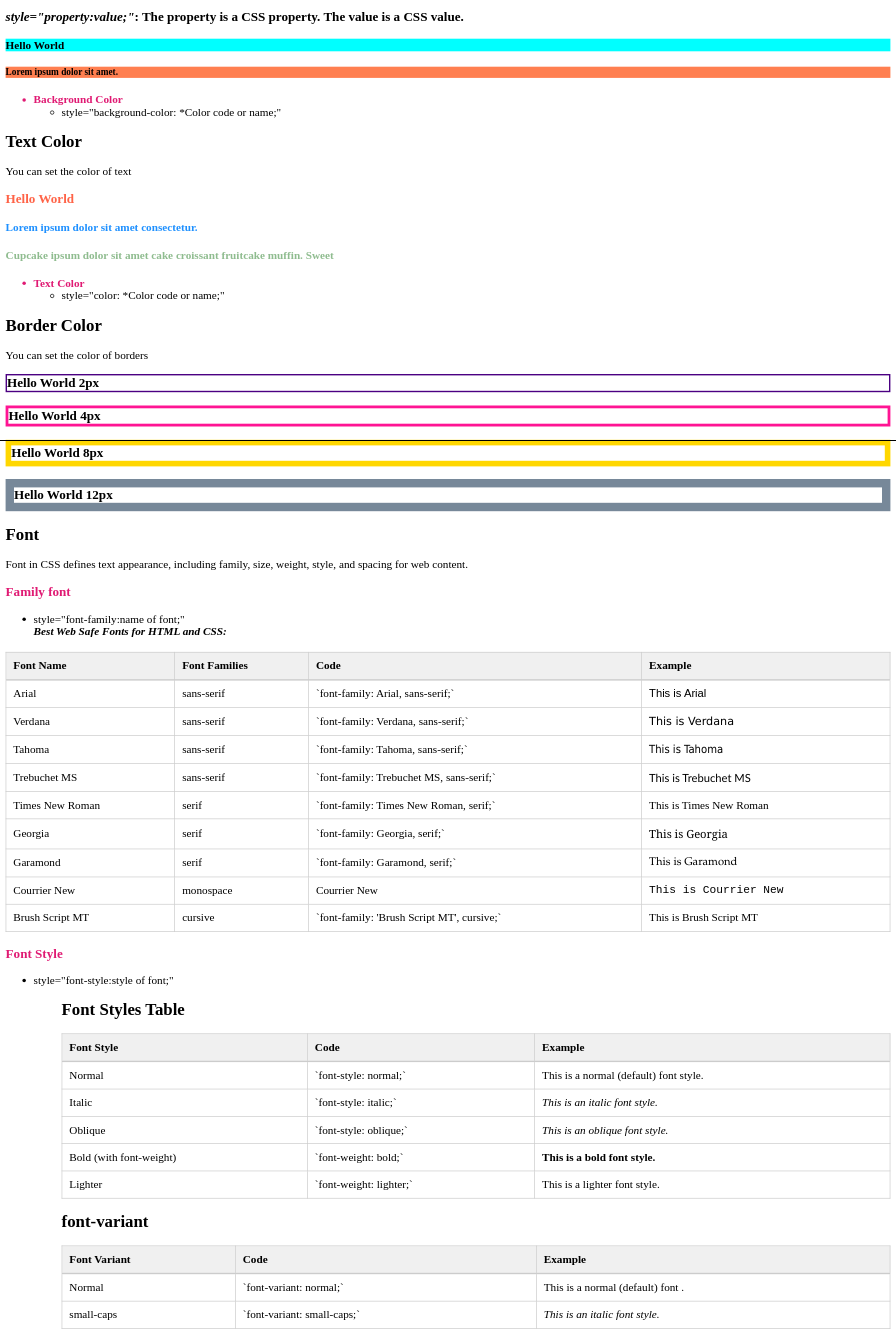
Repository: AnnaSpirit/2025_
Page: Bases/OK/HTML_Text_Formatting.html
The author's editor kept a copy of each file at every save. The page is drawn from the files as they stood at one save, then again after the next save.
The browser window is 1280 px wide. The pictures show the part of the page from y = 2275 to 4195 px (the page is 4195 px tall), at 70% of full size.

Above is the page before, as saved 2025-01-09 16:44:53.

### Bases/OK/HTML_Text_Formatting.html
<!DOCTYPE html>
<html lang="en">

<head>
    <meta charset="UTF-8">
    <meta name="viewport" content="width=device-width, initial-scale=1.0">
    <title>HTML Text Formatting</title>
    <a href="HTML_Colors.html"></a>
</head>

<body>
    <h1>HTML contains several elements for defining text with a special meaning.</h1>
    <a href="HTML_Colors.html">
        <h2>Go Back: HTML_Colors</h2></a>
    <p>
    <ul>
        <li style="color:red;"> b< - >Bold text &#61 Strong;
            <ul>
                <li style="color:black;"><b>Bold</b> text</li>
            </ul>
        </li><br>
        <li style="color:red;"> strong< - >Important text &#61 Bold
            <ul>
                <li style="color:black;"><strong>Important</strong> text</li>
            </ul>
        </li><br>
        <li style="color:red;"> i< - >Italic text &#61 Emphasized
            <ul>
                <li style="color:black;"><i>Italic</i> text</li>
            </ul>
        </li><br>

        <li style="color:red;">em< - >Emphasized text &#61 Italic
            <ul>
                <li style="color:black;"><em>Emphasized</em> text</li>
            </ul>
        </li><br>
        <li style="color:red;"> u< - >Underlined text &#61 Inserted
            <ul>
                <li style="color:black;"><u>Underlined</u> text</li>
            </ul><br>
        <li style="color:red;">ins< - >Inserted text &#61 Underlined
            <ul>
                <li style="color:black;"><ins>Inserted</ins> text</li>
            </ul><br>
        <li style="color:red;">small< - >Smaller text
            <ul>
                <li style="color:black;"><small>Smaller</small> text</li>
            </ul>
        </li><br>
        <li style="color:red;">del< - >Deleted text &#61 Strikethrough
            <ul>
                <li style="color:black;"><del>Deleted</del> text</li>
            </ul>
        </li><br>
        <li style="color:red;">s< - >strikethrough text &#61 Deleted
            <ul>
                <li style="color:black;"><s>strikethrough</s> text</li>
            </ul>
        </li><br>
        <li style="color:red;"> mark< - >Marked text (Highlighted in yellow)
            <ul>
                <li style="color:black;"><mark>Marked</mark> text</li>
            </ul>
        </li><br>
        <li style="color:red;">sub< - >Subscript text
            <ul>
                <li style="color:black;"><sub>Subscript</sub> text</li>
            </ul>
        </li><br>
        <li style="color:red;">sup< - >Superscript text
            <ul>
                <li style="color:black;"><sup>Superscript</sup> text</li>
            </ul>
        </li>
    </ul>
    </p>
    <hr>
    <p>
    <h1>HTML Quotation and Citation Elements</h1>
    <h3>In this chapter we will go through the blockquote>,q>, abbr>, address>, cite>, and bdo> HTML elements.</h3>
    <ul>
        <li style="color:rgb(49, 169, 49);"> HTML blockquote> for Quotations
            <ul>
                <li style="color: black;">
                    <blockquote cite=" http://www.worldwildlife.org/who/index.html">For 60 years,...</blockquote>
                </li><br>
            </ul>
        <li style="color:rgb(49, 169, 49);"> HTML q> for Short Quotations
            <ul>
                <li style="color: black;"> WWF's goal is to: <q><em>Build a future where people live in harmony with
                            nature.</em></q></li>
            </ul>
        </li><br>
        <li style=" color:rgb(49, 169, 49);">HTML abbr> for Abbreviations
            <ul>
                <li style="color: black;">
                    <p>The <abbr title="World Health Organization">WHO</abbr> was founded in 1948.</p>
                </li>
            </ul>
        </li><br>
        <li style=" color:rgb(49, 169, 49);">HTML address> for Contact Information
            <ul>
                <li style="color: black;">
                    <address>
                        Written by John Doe.<br>
                        Visit us at:<br>
                        Example.com<br>
                        Box 564, Disneyland<br>
                        USA
                    </address>
                </li>
            </ul>
        </li><br>
        <li style=" color:rgb(49, 169, 49);">HTML cite> for Work Title
            <ul>
                <li style="color: black;">
                    <p><cite>The Scream</cite> by Edvard Munch. Painted in 1893.</p>
                </li>
            </ul>
        </li><br>
        <li style=" color:rgb(49, 169, 49);">HTML bdo> for Bi-Directional Override
            <ul>
                <li style="color: black;"><bdo dir="rtl">This text will be written from right to
                        left.</bdo><mark>||</mark>This text will be written from right to left.<br>
                    specific for <b>HEBREW</b> for example</li> <bdo dir="ltr">Left to Right</bdo>=
                LTR<mark>||</mark><bdo dir="rtl">Right to Left</bdo> = RTL
            </ul>
        </li>
    </ul>
    </h1>
    </p>
    <hr>
    <p>
    <h1>HTML_Colors</h1>
    <p>HTML colors are specified with predefined color names, or with RGB, HEX, HSL, RGBA, or HSLA values.</p>
    <a href="HTML_Colors.html">
        <h2>Colors Names</h2>
    </a>
    <p>In HTML, a color can be specified by using a color name</p>

    <h2>Color Values</h2>

    <p>In HTML, colors can also be specified using <b>RGB</b><sub> (value represents RED, GREEN, and BLUE light
            sources)</sub>, <b>HEX</b><sub>(hexadecimal color is specified with: #RRGGBB, where the RR (red), GG (green)
            and BB (blue) hexadecimal integers specify the components of the color.)</sub>, <b>HSL</b><sub> (stands for
            hue, saturation, and lightness.)</sub>, <b>RGBA</b><sub> (value is an extension of RGB with an Alpha channel
            (opacity)).</sub> and <b>HSLA</b><sub> (values are an extension of HSL with an Alpha channel
            (opacity)).</sub><br>

    <p>The following three elements have their background color set with RGB, HEX, and HSL values.<br>
    <h5>Ultramarine Blue</h5>
    <ul>
        <li style="background-color:rgb(77,106,255);">
            <h5>RGB (77,106,255)</h5>
        </li>
        <li style="background-color:#4D6AFF;">
            <h5>HEX #4D6AFF</h5>
        </li>
        <li style="background-color:HSL(230, 100%, 65%);">
            <h5>HSL (230, 100%, 65%)</h5>
        </li>
    </ul>
    <p>The following two elements have their background color set with RGBA and HSLA values, which add an Alpha channel
        to the color (here we have 50% and 20% transparency)</p>
    <ul>
        <li style="background-color:rgba(77,106,255, 0.5);">
            <h5>RGBA (77,106,255, 0.5) </h5>
        </li>
        <li style="background-color:HSL(230, 100%, 65%, 0.2);">
            <h5>HSLA (230, 100%, 65%, 0.2) </h5>
        </li>
    </ul>
    </p>
    <h2>Shades of Gray</h2>
    <p>Shades of gray are often defined using equal values for all three parameters: <br>
        &#9650; rgb(60, 60, 60),<br>
        &#9650; rgb(180, 180, 180)</p>

    <h2>Background Color</h2>

    <p>You can set the background color for HTML elements <br>
    <h3><em>style="property:value;"</em>: The property is a CSS property. The value is a CSS value.</h3>
    <h4 style="background-color:cyan;">Hello World</h4>
    <h5 style="background-color:Coral;">Lorem ipsum dolor sit amet.</h5>
    <ul>
        <li style="color:rgb(224, 26, 115);"><b>Background Color</b></li>
        <ul>
            <li>style="background-color: *Color code or name;"</li>
        </ul></ul>
    </p>

    <h2>Text Color</h2>

    <p>You can set the color of text <br>
    <h3 style="color:Tomato;">Hello World</h3>
    <h4 style="color:DodgerBlue;">Lorem ipsum dolor sit amet consectetur.</h4>
    <h4 style="color:DarkSeaGreen;">Cupcake ipsum dolor sit amet cake croissant fruitcake muffin. Sweet</h4>
    <ul>
        <li style="color:rgb(224, 26, 115);"><b>Text Color</b></li>
    <ul>
        <li>style="color: *Color code or name;"</li>
    </ul></ul>
    </p>

    <h2>Border Color</h2>

    <p>You can set the color of borders <br>
    <h3 style="border:2px solid indigo;">Hello World 2px</h3>
    <h3 style="border:4px solid DeepPink;">Hello World 4px</h3>
    <h3 style="border:8px solid Gold;">Hello World 8px</h3>
    <h3 style="border:12px solid LightSlateGrey;">Hello World 12px</h3>
    </p>

    <h2>Font</h2>

    <p>Font in CSS defines text appearance, including family, size, weight, style, and spacing for web content.<br>
        <h3 style="color:rgb(224, 26, 115);">Family font</font></h3>
    <ul>
        <li>style="font-family:name of font;"<br><em><b>Best Web Safe Fonts for HTML and CSS: </em></b></li>
    </ul>

    <table style="width: 100%; border-collapse: collapse; text-align: left; margin: 20px 0;">
        <thead>
            <tr style="background-color: #f0f0f0; border-bottom: 2px solid #ccc;">
                <th style="padding: 10px; border: 1px solid #ccc;">Font Name</th>
                <th style="padding: 10px; border: 1px solid #ccc;">Font Families</th>
                <th style="padding: 10px; border: 1px solid #ccc;">Code</th>
                <th style="padding: 10px; border: 1px solid #ccc;">Example</th>
            </tr>
        </thead>
        <tbody>
            <tr>
                <td style="padding: 10px; border: 1px solid #ccc;">Arial</td>
                <td style="padding: 10px; border: 1px solid #ccc;">sans-serif</td>
                <td style="padding: 10px; border: 1px solid #ccc;">`font-family: Arial, sans-serif;`</td>
                <td style="padding: 10px; border: 1px solid #ccc; font-family: Arial, sans-serif;">This is Arial</td>
            </tr>
            <tr>
                <td style="padding: 10px; border: 1px solid #ccc;">Verdana</td>
                <td style="padding: 10px; border: 1px solid #ccc;">sans-serif</td>
                <td style="padding: 10px; border: 1px solid #ccc;">`font-family: Verdana, sans-serif;`</td>
                <td style="padding: 10px; border: 1px solid #ccc; font-family: Verdana, sans-serif;">This is Verdana
                </td>
            </tr>
            <tr>
                <td style="padding: 10px; border: 1px solid #ccc;">Tahoma</td>
                <td style="padding: 10px; border: 1px solid #ccc;">sans-serif</td>
                <td style="padding: 10px; border: 1px solid #ccc;">`font-family: Tahoma, sans-serif;`</td>
                <td style="padding: 10px; border: 1px solid #ccc; font-family: Tahoma, sans-serif;">This is Tahoma</td>
            </tr>
            <tr>
                <td style="padding: 10px; border: 1px solid #ccc;">Trebuchet MS</td>
                <td style="padding: 10px; border: 1px solid #ccc;">sans-serif</td>
                <td style="padding: 10px; border: 1px solid #ccc;">`font-family: Trebuchet MS, sans-serif;`</td>
                <td style="padding: 10px; border: 1px solid #ccc; font-family: 'Trebuchet MS', sans-serif;">This is
                    Trebuchet MS</td>
            </tr>
            <tr>
                <td style="padding: 10px; border: 1px solid #ccc;">Times New Roman</td>
                <td style="padding: 10px; border: 1px solid #ccc;">serif</td>
                <td style="padding: 10px; border: 1px solid #ccc;">`font-family: Times New Roman, serif;`</td>
                <td style="padding: 10px; border: 1px solid #ccc; font-family: 'Times New Roman', serif;">This is Times
                    New Roman</td>
            </tr>
            <tr>
                <td style="padding: 10px; border: 1px solid #ccc;">Georgia</td>
                <td style="padding: 10px; border: 1px solid #ccc;">serif</td>
                <td style="padding: 10px; border: 1px solid #ccc;">`font-family: Georgia, serif;`</td>
                <td style="padding: 10px; border: 1px solid #ccc; font-family: Georgia, serif;">This is Georgia</td>
            </tr>
            <tr>
                <td style="padding: 10px; border: 1px solid #ccc;">Garamond</td>
                <td style="padding: 10px; border: 1px solid #ccc;">serif</td>
                <td style="padding: 10px; border: 1px solid #ccc;">`font-family: Garamond, serif;`</td>
                <td style="padding: 10px; border: 1px solid #ccc; font-family: Garamond, serif;">This is Garamond</td>
            </tr>
            <tr>
                <td style="padding: 10px; border: 1px solid #ccc;">Courrier New</td>
                <td style="padding: 10px; border: 1px solid #ccc;">monospace</td>
                <td style="padding: 10px; border: 1px solid #ccc;"><font-family>Courrier New</font-family>
                </td>
                <td style="padding: 10px; border: 1px solid #ccc; font-family:'Courier New', Courier, monospace";>This is Courrier New</td>
            </tr>
            <tr>
                <td style="padding: 10px; border: 1px solid #ccc;">Brush Script MT</td>
                <td style="padding: 10px; border: 1px solid #ccc;">cursive</td>
                <td style="padding: 10px; border: 1px solid #ccc;">`font-family: 'Brush Script MT', cursive;`</td>
                <td style="padding: 10px; border: 1px solid #ccc; font-family: 'Brush Script MT', cursive";>This is Brush Script MT</td>
            </tr></tbody></table>
        <h3 style="color:rgb(224, 26, 115);">Font Style</font>
</h3>
            <ul><li>style="font-style:style of font;"</li>
            <ul>
<section>
    <h2>Font Styles Table</h2>
    <table style="width: 100%; border-collapse: collapse; text-align: left; margin: 20px 0;">
        <thead>
            <tr style="background-color: #f0f0f0; border-bottom: 2px solid #ccc;">
                <th style="padding: 10px; border: 1px solid #ccc;">Font Style</th>
                <th style="padding: 10px; border: 1px solid #ccc;">Code</th>
                <th style="padding: 10px; border: 1px solid #ccc;">Example</th>
            </tr>
        </thead>
        <tbody>
            <tr>
                <td style="padding: 10px; border: 1px solid #ccc;">Normal</td>
                <td style="padding: 10px; border: 1px solid #ccc;">`font-style: normal;`</td>
                <td style="padding: 10px; border: 1px solid #ccc; font-style: normal;">This is a normal (default) font style.</td>
            </tr>
            <tr>
                <td style="padding: 10px; border: 1px solid #ccc;">Italic</td>
                <td style="padding: 10px; border: 1px solid #ccc;">`font-style: italic;`</td>
                <td style="padding: 10px; border: 1px solid #ccc; font-style: italic;">This is an italic font style.
                </td>
            </tr>
            <tr>
                <td style="padding: 10px; border: 1px solid #ccc;">Oblique</td>
                <td style="padding: 10px; border: 1px solid #ccc;">`font-style: oblique;`</td>
                <td style="padding: 10px; border: 1px solid #ccc; font-style: oblique;">This is an oblique font style.
                </td>
            </tr>
            <tr>
                <td style="padding: 10px; border: 1px solid #ccc;">Bold (with font-weight)</td>
                <td style="padding: 10px; border: 1px solid #ccc;">`font-weight: bold;`</td>
                <td style="padding: 10px; border: 1px solid #ccc; font-weight: bold;">This is a bold font style.</td>
            </tr>
            <tr>
                <td style="padding: 10px; border: 1px solid #ccc;">Lighter</td>
                <td style="padding: 10px; border: 1px solid #ccc;">`font-weight: lighter;`</td>
                <td style="padding: 10px; border: 1px solid #ccc; font-weight: lighter;">This is a lighter font style.
                </td>
            </tr>
        </tbody>
    </table>

    <h2>font-variant</h2>
    <table style="width: 100%; border-collapse: collapse; text-align: left; margin: 20px 0;">
        <thead>
            <tr style="background-color: #f0f0f0; border-bottom: 2px solid #ccc;">
                <th style="padding: 10px; border: 1px solid #ccc;">Font Variant</th>
                <th style="padding: 10px; border: 1px solid #ccc;">Code</th>
                <th style="padding: 10px; border: 1px solid #ccc;">Example</th>
            </tr>
        </thead>
        <tbody>
            <tr>
                <td style="padding: 10px; border: 1px solid #ccc;">Normal</td>
                <td style="padding: 10px; border: 1px solid #ccc;">`font-variant: normal;`</td>
                <td style="padding: 10px; border: 1px solid #ccc; font-variant: normal;">This is a normal (default) font .</td>
            </tr>
            <tr>
                <td style="padding: 10px; border: 1px solid #ccc;">small-caps</td>
                <td style="padding: 10px; border: 1px solid #ccc;">`font-variant: small-caps;`</td>
                <td style="padding: 10px; border: 1px solid #ccc; font-style: italic;">This is an italic font style.
                </td>
            </tr>

</section>

</li>
            </ul>
        </ul>
    </p>
    </p>
</body>

</html>

After the next save:
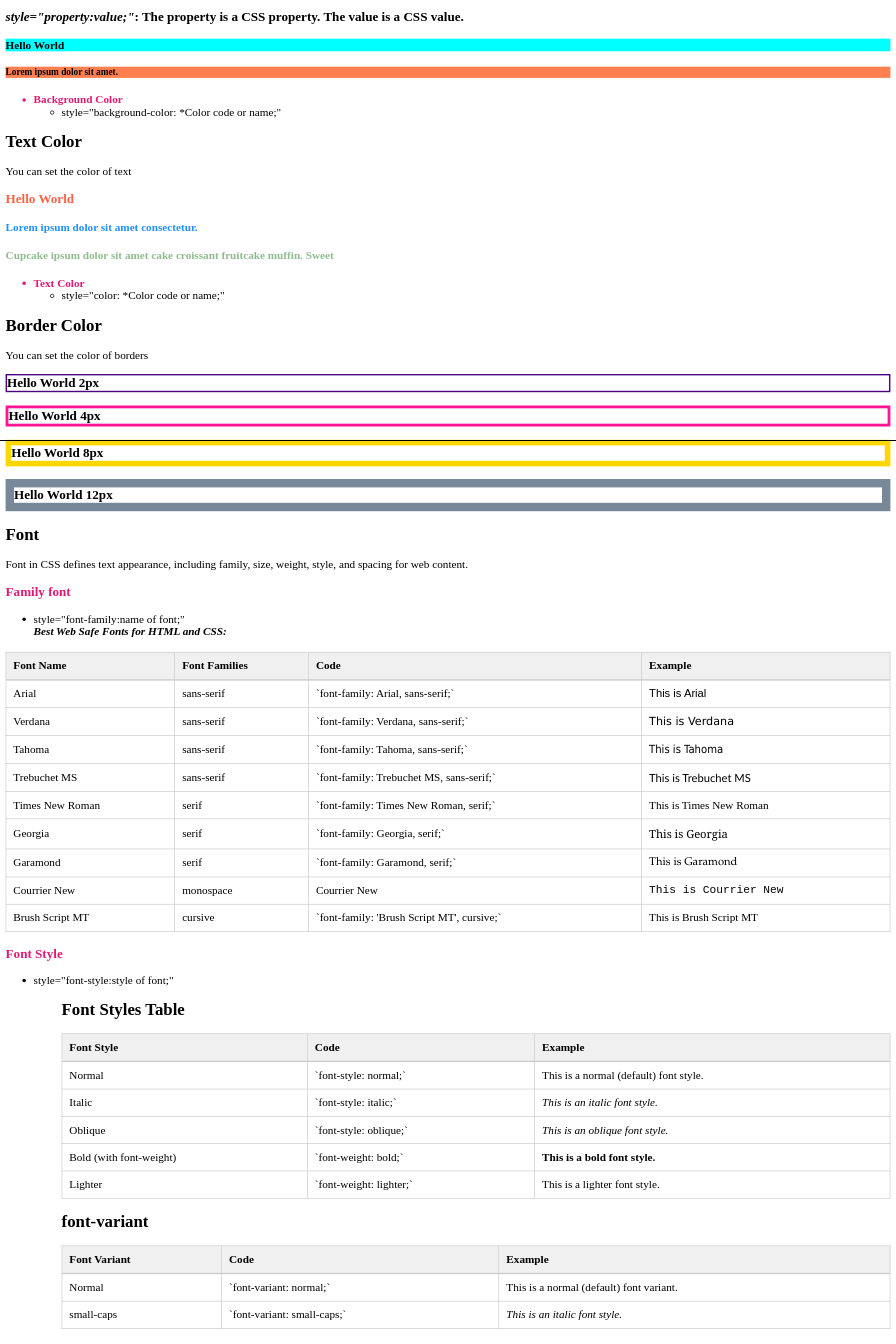
Saved 4 s later.
--- a/Bases/OK/HTML_Text_Formatting.html
+++ b/Bases/OK/HTML_Text_Formatting.html
@@ -347,7 +347,7 @@
             <tr>
                 <td style="padding: 10px; border: 1px solid #ccc;">Normal</td>
                 <td style="padding: 10px; border: 1px solid #ccc;">`font-variant: normal;`</td>
-                <td style="padding: 10px; border: 1px solid #ccc; font-variant: normal;">This is a normal (default) font .</td>
+                <td style="padding: 10px; border: 1px solid #ccc; font-variant: normal;">This is a normal (default) font variant.</td>
             </tr>
             <tr>
                 <td style="padding: 10px; border: 1px solid #ccc;">small-caps</td>
